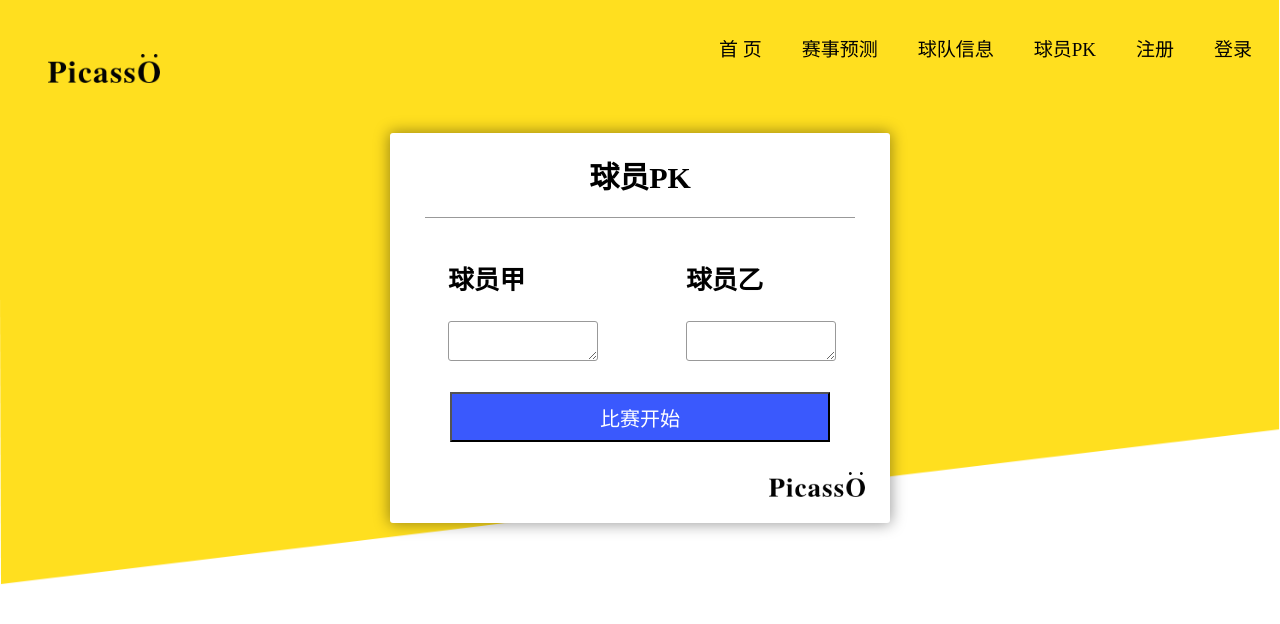
Repository: cciixx/nba-prediction-sys
Page: public/1V1.html
These files come from the project's save history. The page is drawn as it stood at one moment and after the next save; the edit follows.
The browser window is 1280 px wide. The pictures show the whole page.

Above is the page before, as saved 2020-04-03 20:25:13.

### public/1V1.html
<!doctype html>
<html>
<head>
<meta charset="utf-8">
<title>NBA预测系统-赛事预测</title>
    <link  href="css/navl.css" rel="stylesheet" type="text/css">
    <link  href="css/predict.css" rel="stylesheet" type="text/css">
    <script src="JS/jquery-3.4.1.js"></script>
    <script src="JS/live_index.js"></script>
	<style>
		body{background-image: url(images/half_yellow.png);}
	</style>
</head>

<body>
    <div class="header">
        <ul class='navl'style="background-color: blueviolet;">
            <li><a href="login.html">登录</a></li>
            <li><a href="register.html">注册</a></li>
            <li><a href="PK_index.html">球员PK</a></li>
            <li><a href="team.html">球队信息</a></li>
            <li><a href="predict.html">赛事预测</a></li>
            <li><a href="first.html">首 页</a></li>
            <img src="images/logo.png">
        </ul>
    </div>

    <div class="wrapper">
        <div class="bg">
            <h2 style="font-size: 30px;">球员PK</h2>
            <div style="overflow: hidden;">
                <div class='box'><h3>球员甲</h3><textarea></textarea></div>
                <div class='box'><h3>球员乙</h3><textarea></textarea></div>
            </div>
            <div id="live_text"></div>
            <div style="text-align: center;"><input class="btn" type="submit" id="live" value="比赛开始"></div>
            <img src="images/logo.png">
        </div>
    </div>

</body>
</html>

### public/css/navl.css
/* CSS Document */
body{
	background-repeat: no-repeat;
	background-position: top;
	background-size: 100%, 100%;
	background-attachment: fixed;
}
.header{
    overflow: hidden;
}
.btn{
	background: #3a59fd;
	font-family: '方正小标宋简体';
	color: white;
}
.navl ul{
	margin: 30px;
	width: 600px;
	height: 300px;
	color: #030303;
	position: absolute;
	top: 10px;
}
.navl li{
		height: 29px;
		width: fit-content;
		margin: 10px;
		list-style: none;
		float: right;
}
.navl img{
	float: left;
	height: 29px;
}
.navl a{
	margin: 0px 10px;
	color:#030303;
	text-align: left;
	text-decoration: none;
	font-size: 19px;
}
.wrapper{
    width: 100%;
}

### public/css/predict.css
/* CSS Document */
.bg{
	width: 500px;
	height: 390px;
	margin: 50px auto;
	font-size: 26px;
	background: white;
	border: 0 none;
    border-radius: 3px;
    box-shadow: 0 0 15px 1px rgba(0, 0, 0, 0.4);
    box-sizing: border-box;
}
.box{
    font-size: 22px;
    width: 40%;
    float: left;
    margin-left: 38px;
}
h2{
    text-align: center;
    border-bottom: 1px solid #999999;
    padding: 20px;
    margin: 35px;
    margin-bottom: 15px;
}
h3{
    margin-left: 20px;
}
textarea {
    font-size: 20px;
	height:40px;
	width:150px;
	margin-left:20px;
    border: 1px solid #999999;
    border-radius: 3px;
    box-sizing: border-box;
    color: #2C3E50;
}
input{
    font-size: 20px;
    width: 380px;
    height: 50px;
    text-align: center;
    margin-top: 25px;
}

img{
    height: 25px;
    float: right;
    margin-top: 30px;
    margin-right: 25px;
}

### public/JS/live_index.js
$('document').ready(function() {
    $('.live').on('click',
    $.ajax({
        type: "GET",
        url: "/routes/live_index.js",
        dataType: "json",
        success: function(data) {
            var live = data.live
            $("#live_text").text(live);
        }
    })
    )
})

### public/css/search.css
/* CSS Document */
.bg{
	width: 500px;
	height: 390px;
	margin: 50px auto;
	font-size: 26px;
	background: white;
	border: 0 none;
    border-radius: 3px;
    box-shadow: 0 0 15px 1px rgba(0, 0, 0, 0.4);
    box-sizing: border-box;
}
.box{
    font-size: 22px;
    width: 40%;
    float: left;
    margin-left: 38px;
}
h2{
    text-align: center;
    border-bottom: 1px solid #999999;
    padding: 20px;
    margin: 35px;
    margin-bottom: 15px;
}
h3{
    margin-left: 20px;
}
textarea {
    font-size: 20px;
	height:40px;
	width:150px;
	margin-left:20px;
    border: 1px solid #999999;
    border-radius: 3px;
    box-sizing: border-box;
    color: #2C3E50;
}
input{
    font-size: 20px;
    width: 380px;
    height: 50px;
    text-align: center;
    margin-top: 25px;
}

img{
    height: 25px;
    float: right;
    margin-top: 30px;
    margin-right: 25px;
}

Loaded but not shown: public/JS/jquery-3.4.1.js (library)

After the next save:
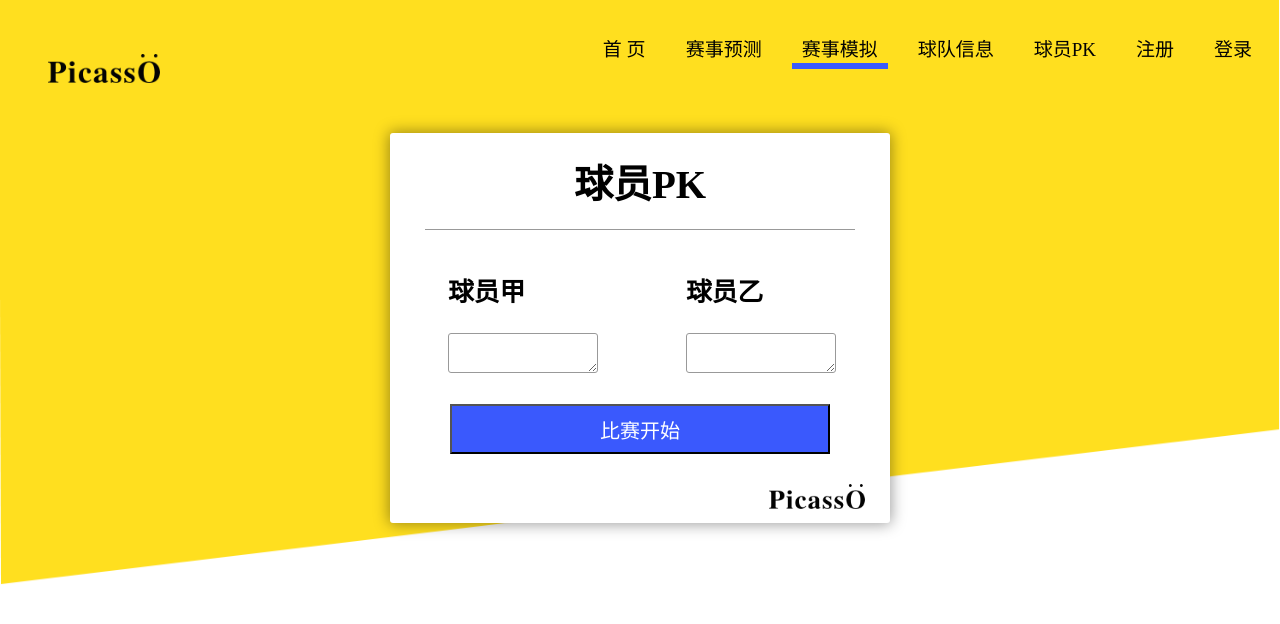
Saved 14 s later.
--- a/public/1V1.html
+++ b/public/1V1.html
@@ -4,7 +4,7 @@
 <meta charset="utf-8">
 <title>NBA预测系统-赛事预测</title>
     <link  href="css/navl.css" rel="stylesheet" type="text/css">
-    <link  href="css/predict.css" rel="stylesheet" type="text/css">
+    <link  href="css/search.css" rel="stylesheet" type="text/css">
     <script src="JS/jquery-3.4.1.js"></script>
     <script src="JS/live_index.js"></script>
 	<style>
@@ -19,6 +19,7 @@
             <li><a href="register.html">注册</a></li>
             <li><a href="PK_index.html">球员PK</a></li>
             <li><a href="team.html">球队信息</a></li>
+            <li style="border-bottom: 6px solid #3a59fd;"><a href="live_index.html">赛事模拟</a></li>
             <li><a href="predict.html">赛事预测</a></li>
             <li><a href="first.html">首 页</a></li>
             <img src="images/logo.png">
@@ -27,7 +28,7 @@
 
     <div class="wrapper">
         <div class="bg">
-            <h2 style="font-size: 30px;">球员PK</h2>
+            <h2>球员PK</h2>
             <div style="overflow: hidden;">
                 <div class='box'><h3>球员甲</h3><textarea></textarea></div>
                 <div class='box'><h3>球员乙</h3><textarea></textarea></div>
